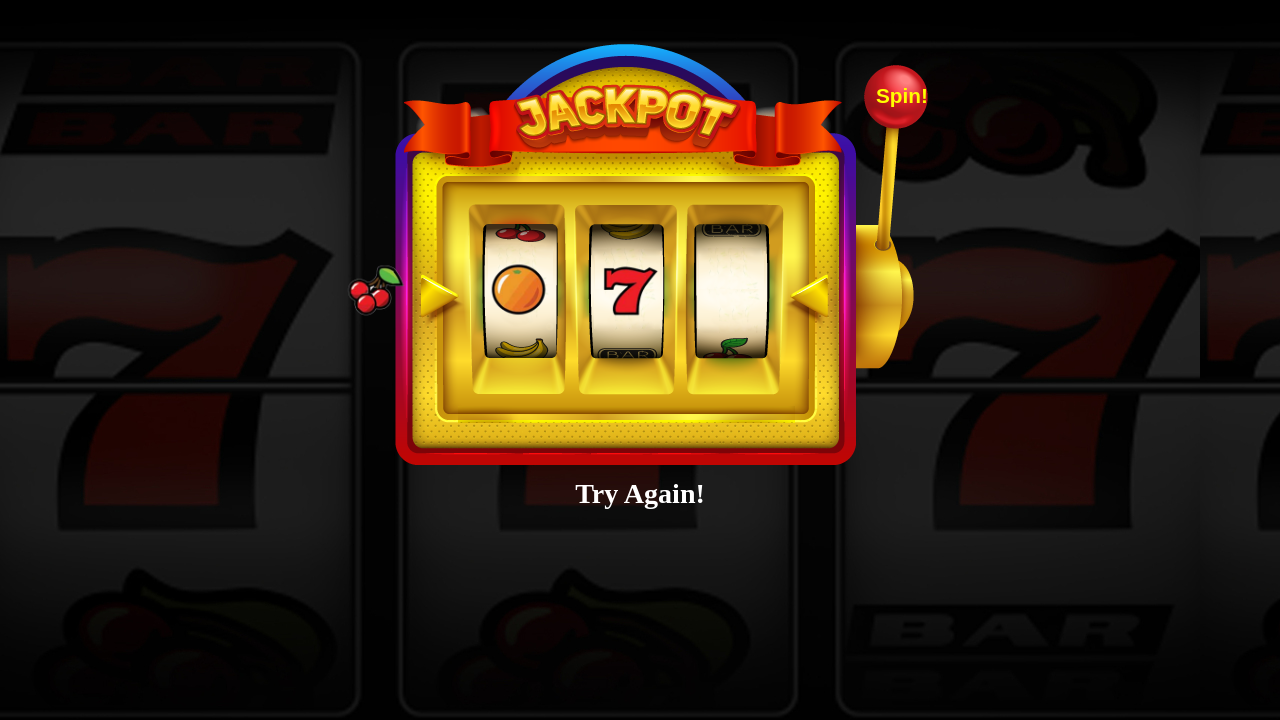
Repository: granolavsraosins/CST336
Page: http://localhost/
The author's editor kept a record of every edit. The page is drawn from the files as they stood at one moment, then again after the next edit.
The browser window is 1280 px wide. The pictures show the whole page.
Some web fonts or font styles are not loaded; a fallback is used. The page is run by PHP 8.4 with error messages shown; the project is at /var/www/html/.

Above is the page before.

After the next edit:
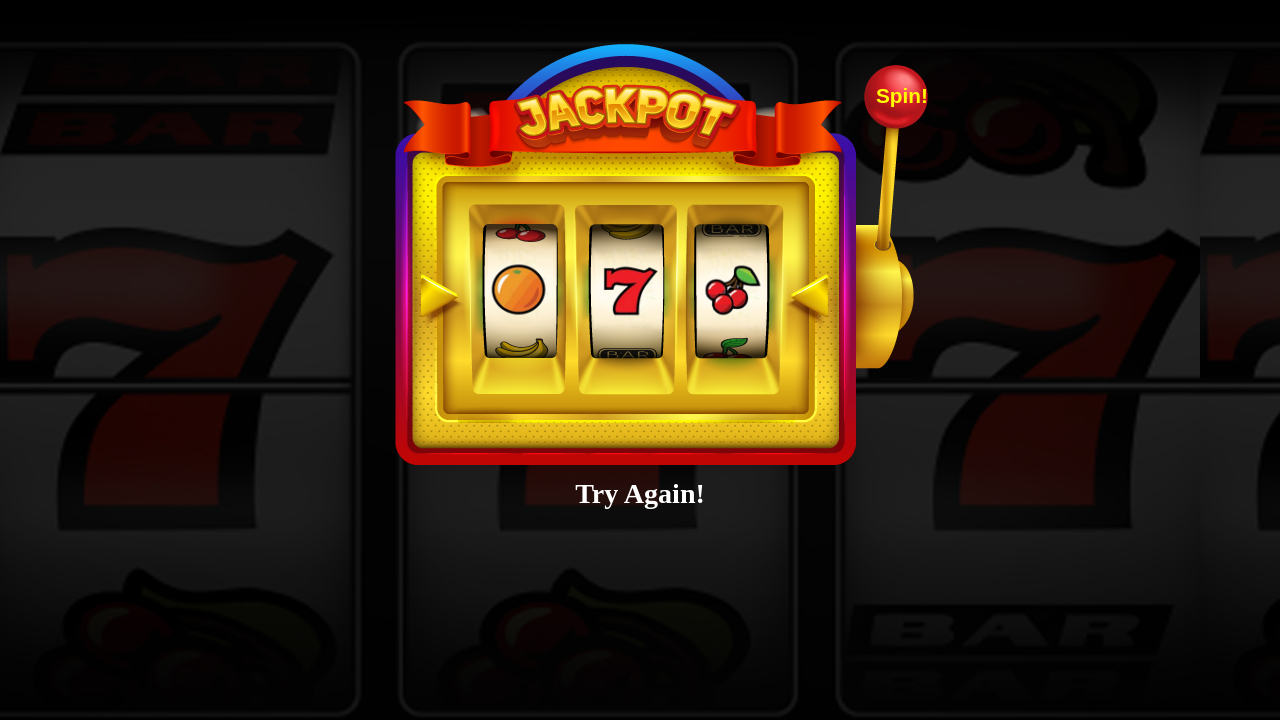
The edit:
--- a/rramirezlab2/css/styles.css
+++ b/rramirezlab2/css/styles.css
@@ -30,7 +30,7 @@
     #reel2{
         left:252px;
     }
-    #reel{
+    #reel3{
         left:357px;
     }
 
